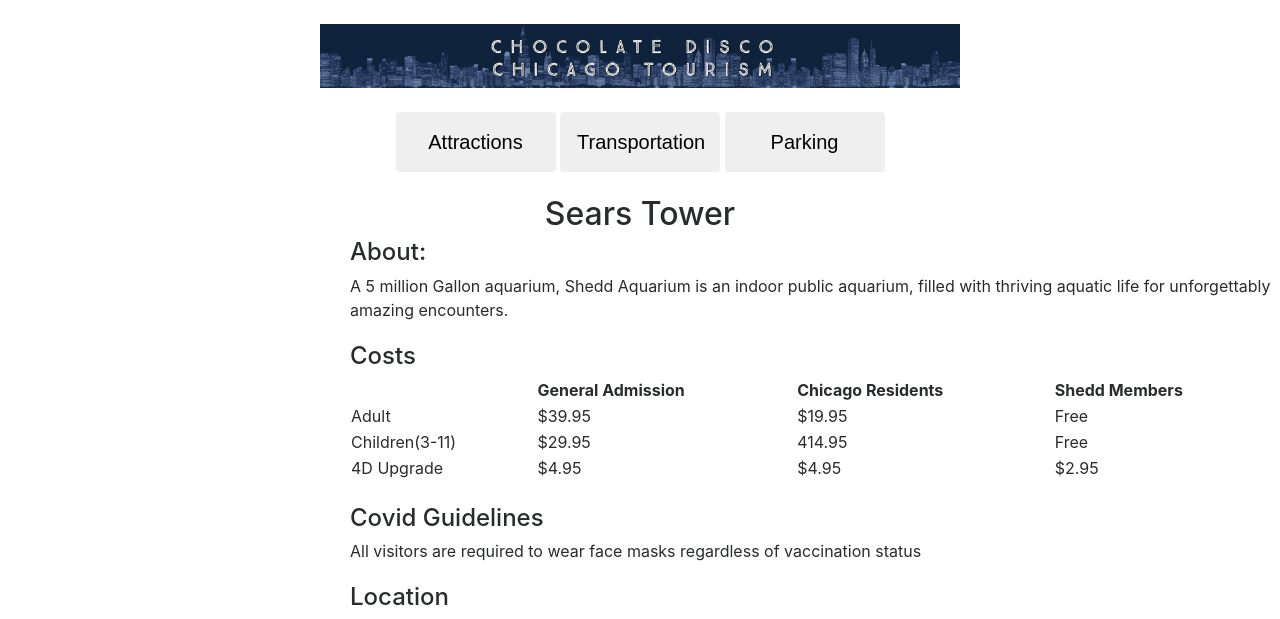
Repository: rkodit2/cs422project
Page: sheddAquarium.html
The author's editor kept a copy of each file at every save. The page is drawn from the files as they stood at one save, then again after the next save.
The browser window is 1280 px wide. The pictures show the part of the page from y = 0 to 619 px (the page is 1119 px tall before and 1183 px after).
Pictures or frames that could not be fetched are drawn as grey boxes.

Above is the page before, as saved 2021-11-03 19:40:52.

### sheddAquarium.html
<!DOCTYPE html>
<html>
<head>
    <title>Chocolate Disco Chicago Tourism</title>
    <link rel="stylesheet" href=
    "https://maxcdn.bootstrapcdn.com/bootstrap/4.0.0-alpha.6/css/bootstrap.css">
    <link rel="stylesheet" href="homepage.css">
</head>
<body>
    <br>
    <div id="banner">
      <img src="pictures/banner3.jpg" alt="mainpage banner" class = "center" onclick="location.href='homepage.html';">
    </div>

    <br>
    <div class= "button-center">
        <button type ="button" id="Attractions" class="btn" onclick="location.href='attractions.html';" style="width: 160px; height: 60px; font-size: 20px;"> Attractions </button>
        <button type ="button" id="Transportation" class="btn" onclick="location.href='transportation.html';" style="width: 160px; height: 60px; font-size: 20px"> Transportation </button>
        <button type ="button" id="Parking" class="btn" onclick="location.href='parking.html';" style="width: 160px; height: 60px; font-size: 20px;"> Parking </button>
    </div>
    <br>
    <h2 style="text-align: center;"> Sears Tower </h2>
    <div style = "padding-left: 350px; padding-bottom: 50px;">
        <h4>About:</h4>
        <p style="padding-bottom: 5px;">A 5 million Gallon aquarium, Shedd Aquarium is an indoor public aquarium,
            filled with thriving aquatic life for unforgettably amazing encounters.</p>


        <h4>Costs</h4>

        <table style="width: 100%;">
            <tr>
              <th> </th>
              <th>General Admission</th>
              <th>Chicago Residents</th>
              <th>Shedd Members</th>
            </tr>
            <tr>
              <td>Adult</td>
              <td>$39.95 </td>
              <td>$19.95</td>
              <td>Free</td>
            </tr>
            <tr>
              <td>Children(3-11)</td>
              <td>$29.95</td>
              <td>414.95</td>
              <td>Free</td>
            </tr>
            <tr>
                <td>4D Upgrade</td>
                <td>$4.95</td>
                <td>$4.95</td>
                <td>$2.95</td>
              </tr>
          </table><br>




        <!--
        <p style="padding-bottom: 5px;"> Costs vary based residency: <br>
            Adult (Ages 12+): $39.95 or $19.95 <br>
            Youth (Ages 3-11): $29.95 or $14.95 <br>
            Members and Children under 3 are free!</p>
        -->
        <h4>Covid Guidelines</h4>
        <p style="padding-bottom: 5px;">All visitors are required to wear face masks regardless of vaccination status</p>


        <h4>Location</h4>
        <div class="gmap">
            <iframe src="https://www.google.com/maps/embed?pb=!1m18!1m12!1m3!1d30639.048300504415!2d-87.6554890462532!3d41.872478212615796!2m3!1f0!2f0!3f0!3m2!1i1024!2i768!4f13.1!3m3!1m2!1s0x880e2cbee269fbbb%3A0x10f6dce5eb88c7d!2sWillis%20Tower!5e0!3m2!1sen!2sus!4v1635904921765!5m2!1sen!2sus" width="600" height="450" style="border:0;" allowfullscreen="" loading="lazy"></iframe>
            <p style="padding-left: 20px; padding-top: 150px; font-size: 20px;">
               223 S Wacker Dr <br>
               Chicago, IL 60606
               <br>
               <br>
               <a href="https://www.willistower.com/" target="_blank">Sears Tower Main Website</a>
            </p>

        </div>
    </div>

</body>
</html>

### homepage.css
.button-center {
    text-align: center;
  }

.viewMore {
    display: flex;
    vertical-align: middle;
}
.center {
  display: block;
  margin-left: auto;
  margin-right: auto;
  width: 50%;
}
.gmap{
  display: flex;
  vertical-align: middle;
}

After the next save:
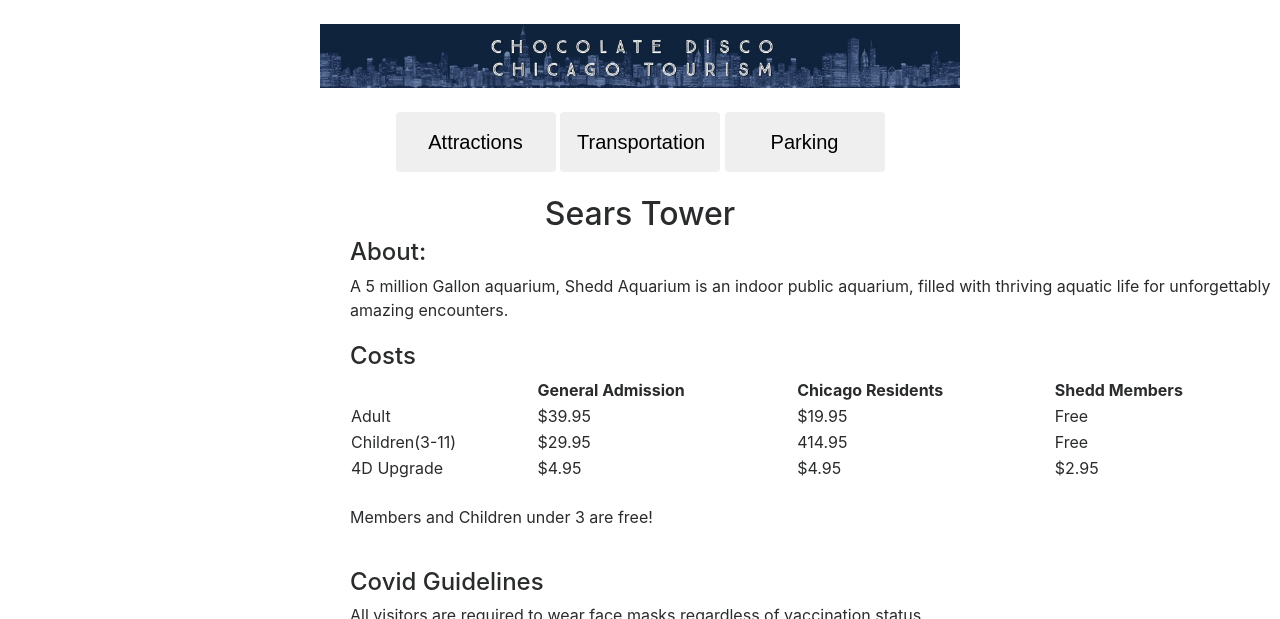
Saved 33 s later.
--- a/sheddAquarium.html
+++ b/sheddAquarium.html
@@ -55,8 +55,8 @@
               </tr>
           </table><br>
 
-
-
+          <p>Members and Children under 3 are free!
+        </p><br>
 
         <!--
         <p style="padding-bottom: 5px;"> Costs vary based residency: <br>
